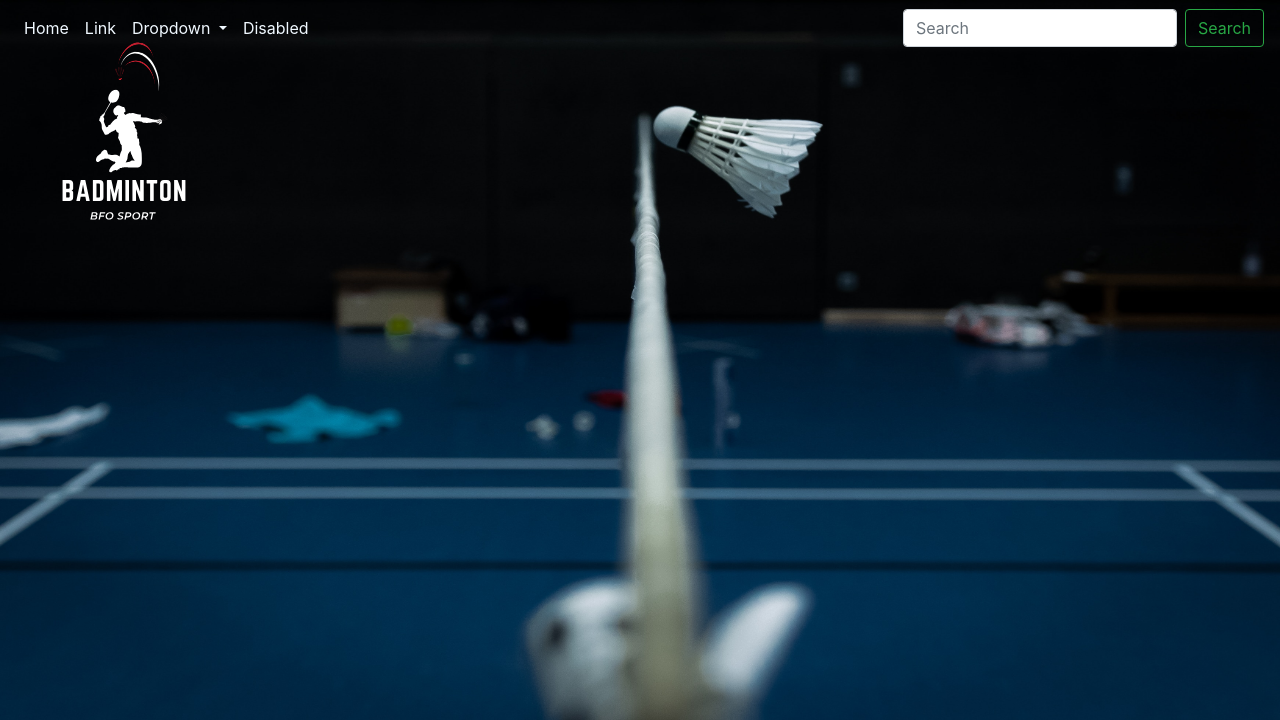
Repository: tsthuy/Badminton
Page: index.html
An editor plug-in stored every save of this project. The page is shown before and after the next save, followed by the edit.
The browser window is 1280 px wide. The pictures show the whole page.
Some web libraries are served in a nearby version.

Above is the page before, as saved 2023-10-13 20:46:31.

After the next save:
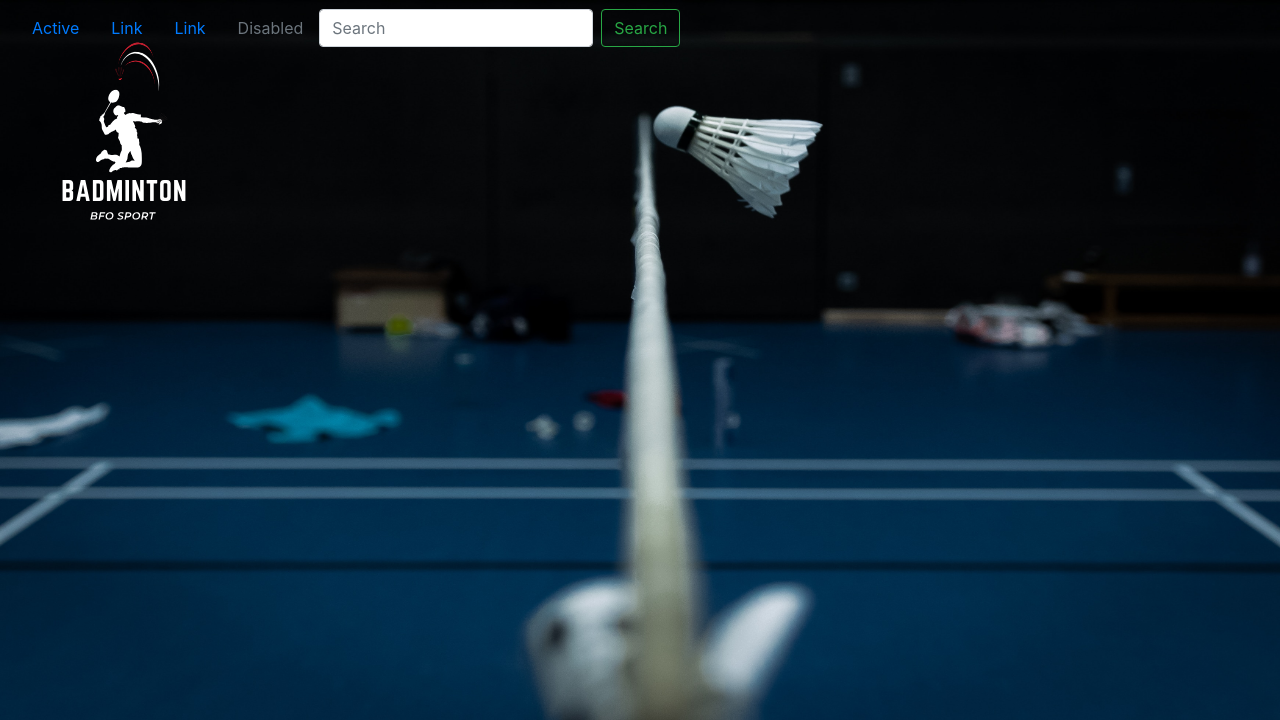
Saved 2 min 56 s later.
--- a/index.html
+++ b/index.html
@@ -21,7 +21,7 @@
   </button>
 
   <div class="collapse navbar-collapse" id="navbarSupportedContent">
-    <ul class="navbar-nav mr-auto nav_center">
+    <!-- <ul class="navbar-nav mr-auto nav_center">
       <li class="nav-item active">
         <a style="color: aliceblue;" class="nav-link nav_title" href="#">Home <span class="sr-only">(current)</span></a>
       </li>
@@ -42,7 +42,22 @@
       <li class="nav-item">
         <a style="color: aliceblue;" class="nav-link disabled" href="#">Disabled</a>
       </li>
-    </ul>
+    </ul> -->
+
+<ul class="nav justify-content-center">
+  <li class="nav-item">
+    <a class="nav-link active" href="#">Active</a>
+  </li>
+  <li class="nav-item">
+    <a class="nav-link" href="#">Link</a>
+  </li>
+  <li class="nav-item">
+    <a class="nav-link" href="#">Link</a>
+  </li>
+  <li class="nav-item">
+    <a class="nav-link disabled" href="#">Disabled</a>
+  </li>
+</ul>
     <form class="form-inline my-2 my-lg-0">
       <input class="form-control mr-sm-2" type="search" placeholder="Search" aria-label="Search">
       <button class="btn btn-outline-success my-2 my-sm-0" type="submit">Search</button>
